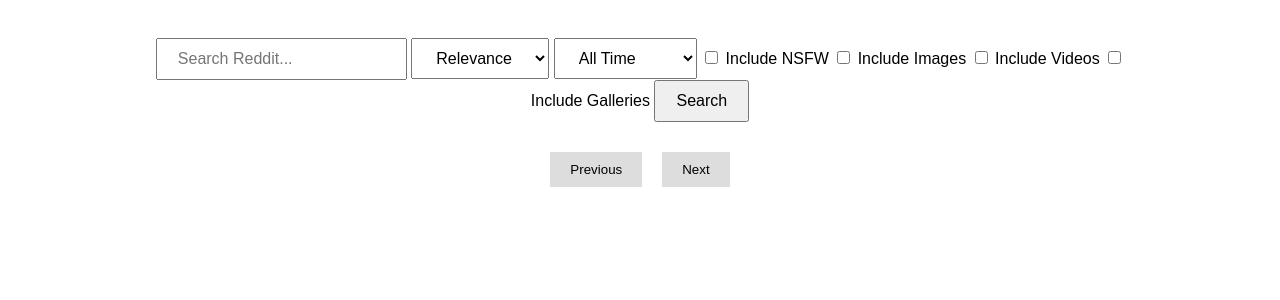
Repository: starryze/RedditScraper
Page: http://localhost/
These files come from the project's save history. The page is drawn as it stood at one moment and after the next save; the edit follows.
The browser window is 1280 px wide. The pictures show the whole page.
The page is served by the project's application, run on Flask 3 (app.py).

Above is the page before, as saved 2024-07-12 11:43:21.

After the next save:
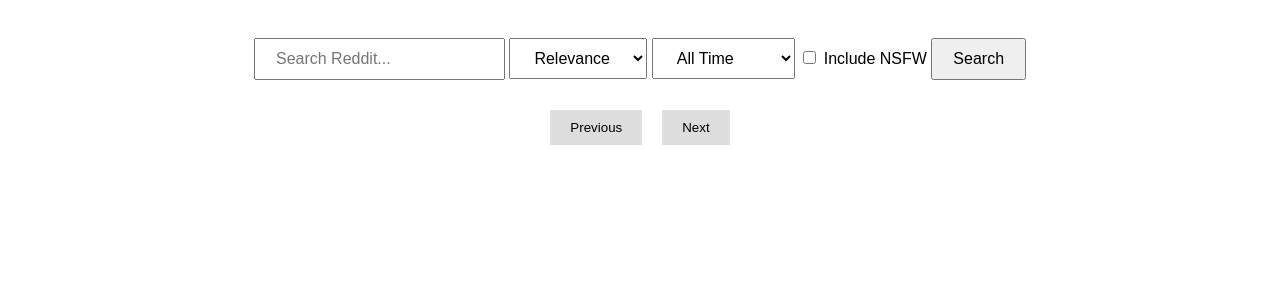
Saved 85 s later.
--- a/templates/index.html
+++ b/templates/index.html
@@ -28,15 +28,6 @@
                 <label>
                     <input type="checkbox" id="include_nsfw"> Include NSFW
                 </label>
-                <label>
-                    <input type="checkbox" id="include_images"> Include Images
-                </label>
-                <label>
-                    <input type="checkbox" id="include_videos"> Include Videos
-                </label>
-                <label>
-                    <input type="checkbox" id="include_galleries"> Include Galleries
-                </label>
                 <input type="submit" value="Search">
             </form>
         </div>
